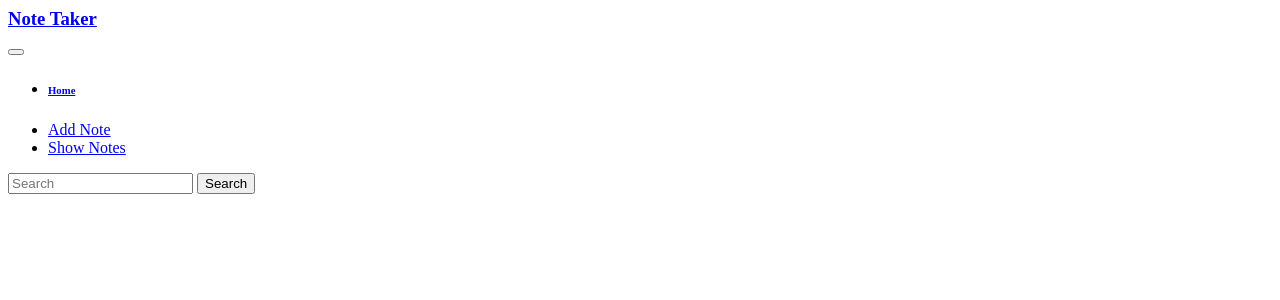
Repository: aadilnoor/Hibernate_learning
Page: http://localhost/NoteTakerProjectHibernate/navbar.jsp
These files come from the project's save history. The page is drawn as it stood at one moment and after the next save; the edit follows.
The browser window is 1280 px wide. The pictures show the whole page.
The page is served by Tomcat 9. Other server files are loaded and not shown.

Above is the page before, as saved 2024-02-01 10:48:32.

### NoteTakerProjectHibernate/src/main/webapp/navbar.jsp

<nav class="navbar navbar-expand-lg navbar-dark pink">
	<div class="container-fluid">
		<a class="navbar-brand" href="index.jsp"><h3>Note Taker</h3></a>
		<button class="navbar-toggler" type="button" data-bs-toggle="collapse"
			data-bs-target="#navbarSupportedContent"
			aria-controls="navbarSupportedContent" aria-expanded="false"
			aria-label="Toggle navigation">
			<span class="navbar-toggler-icon"></span>
		</button>
		<div class="collapse navbar-collapse" id="navbarSupportedContent">
			<ul class="navbar-nav me-auto mb-2 mb-lg-0">
				<li class="nav-item"><a class="nav-link active"
					aria-current="page" href="index.jsp"><h6>Home</h6></a></li>
				<li class="nav-item"><a class="nav-link active" href="add_notes.jsp">Add
						Note</a></li>
				<!-- <li class="nav-item dropdown">
          <a class="nav-link dropdown-toggle" href="#" id="navbarDropdown" role="button" data-bs-toggle="dropdown" aria-expanded="false">
            Dropdown
          </a>
          <ul class="dropdown-menu" aria-labelledby="navbarDropdown">
            <li><a class="dropdown-item" href="#">Action</a></li>
            <li><a class="dropdown-item" href="#">Another action</a></li>
            <li><hr class="dropdown-divider"></li>
            <li><a class="dropdown-item" href="#">Something else here</a></li>
          </ul>
        </li> -->
				<li class="nav-item"><a class="nav-link enabled active" href="all_notes.jsp"
					tabindex="-1" aria-disabled="true">Show Notes</a></li>
			</ul>
			<form class="d-flex">
				<input class="form-control me-2" type="search" placeholder="Search"
					aria-label="Search">
				<button class="btn btn-outline-light" type="submit">Search</button>
			</form>
		</div>
	</div>
</nav>

After the next save:
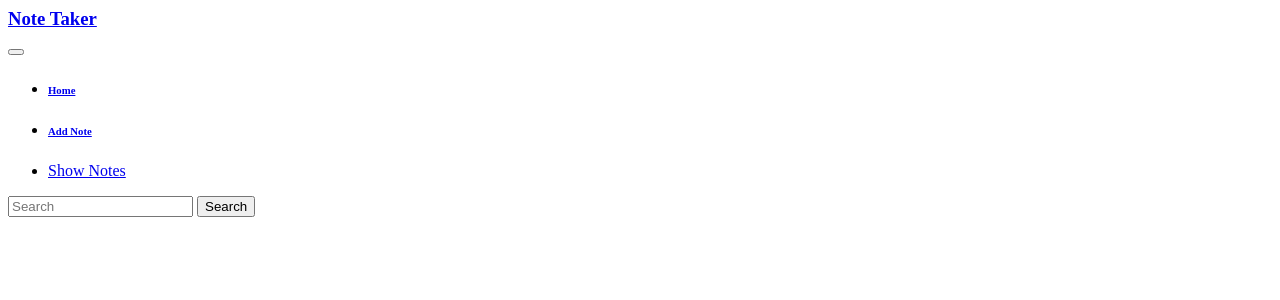
Saved 38 s later.
--- a/NoteTakerProjectHibernate/src/main/webapp/navbar.jsp
+++ b/NoteTakerProjectHibernate/src/main/webapp/navbar.jsp
@@ -12,8 +12,8 @@
 			<ul class="navbar-nav me-auto mb-2 mb-lg-0">
 				<li class="nav-item"><a class="nav-link active"
 					aria-current="page" href="index.jsp"><h6>Home</h6></a></li>
-				<li class="nav-item"><a class="nav-link active" href="add_notes.jsp">Add
-						Note</a></li>
+				<li class="nav-item"><a class="nav-link active" href="add_notes.jsp"><h6>Add
+						Note</h6></a></li>
 				<!-- <li class="nav-item dropdown">
           <a class="nav-link dropdown-toggle" href="#" id="navbarDropdown" role="button" data-bs-toggle="dropdown" aria-expanded="false">
             Dropdown
